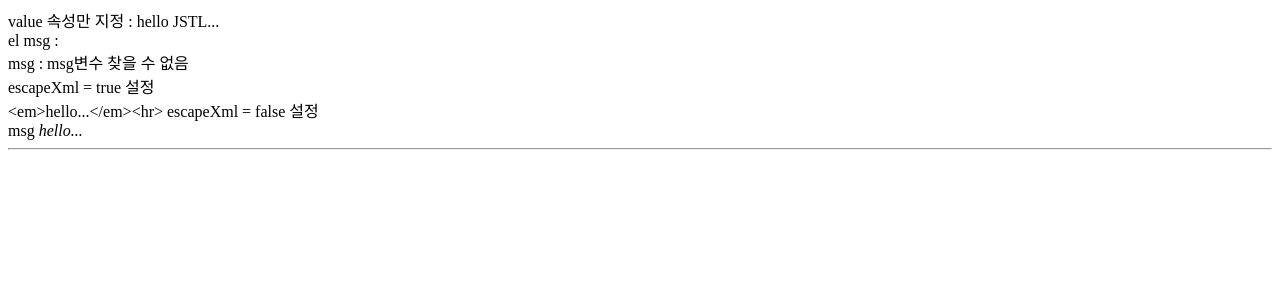
Repository: sunnny10/web-workspace
Page: http://localhost/Lecture-Web/jsp/jstl/core/exam02.jsp
An editor plug-in stored every save of this project. The page is shown before and after the next save, followed by the edit.
The browser window is 1280 px wide. The pictures show the whole page.
The page is served by Tomcat 9.

Above is the page before, as saved 2022-06-07 06:49:15.

After the next save:
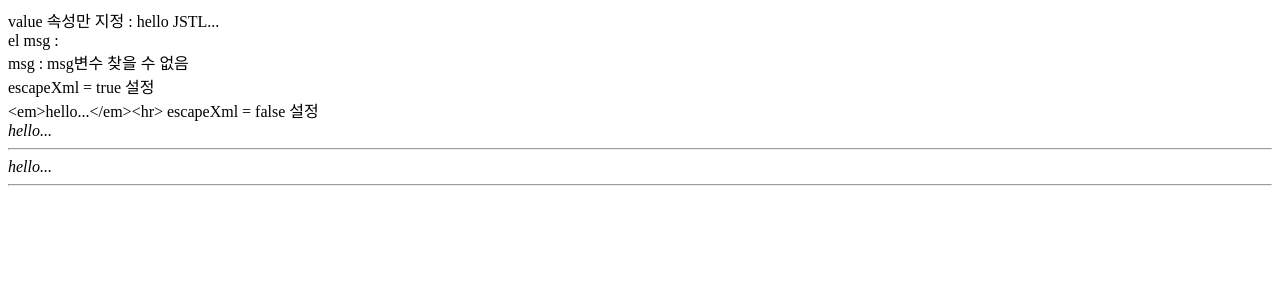
Saved 3 min 6 s later.
--- a/Lecture-Web/src/main/webapp/jsp/jstl/core/exam02.jsp
+++ b/Lecture-Web/src/main/webapp/jsp/jstl/core/exam02.jsp
@@ -17,12 +17,12 @@
 		}
 	%> --%>
 	<!-- 제어 형태 갖게 됨 -->
-	msg : <c:out value="${ msg }" default="msg변수 찾을 수 없음"/><br>
+	msg : <c:out value="${ msg }" default="msg변수 찾을 수 없음" /><br>
 	escapeXml = true 설정<br>
 	<c:set var="msg" value="<em>hello...</em><hr>"/>
 	<c:out value="${ msg }" />
 	escapeXml = false 설정<br>
-	<c:out value="msg" escapeXml="false"/>
+	<c:out value="${ msg }" escapeXml="false" />
 	${ msg }
 </body>
 </html>
